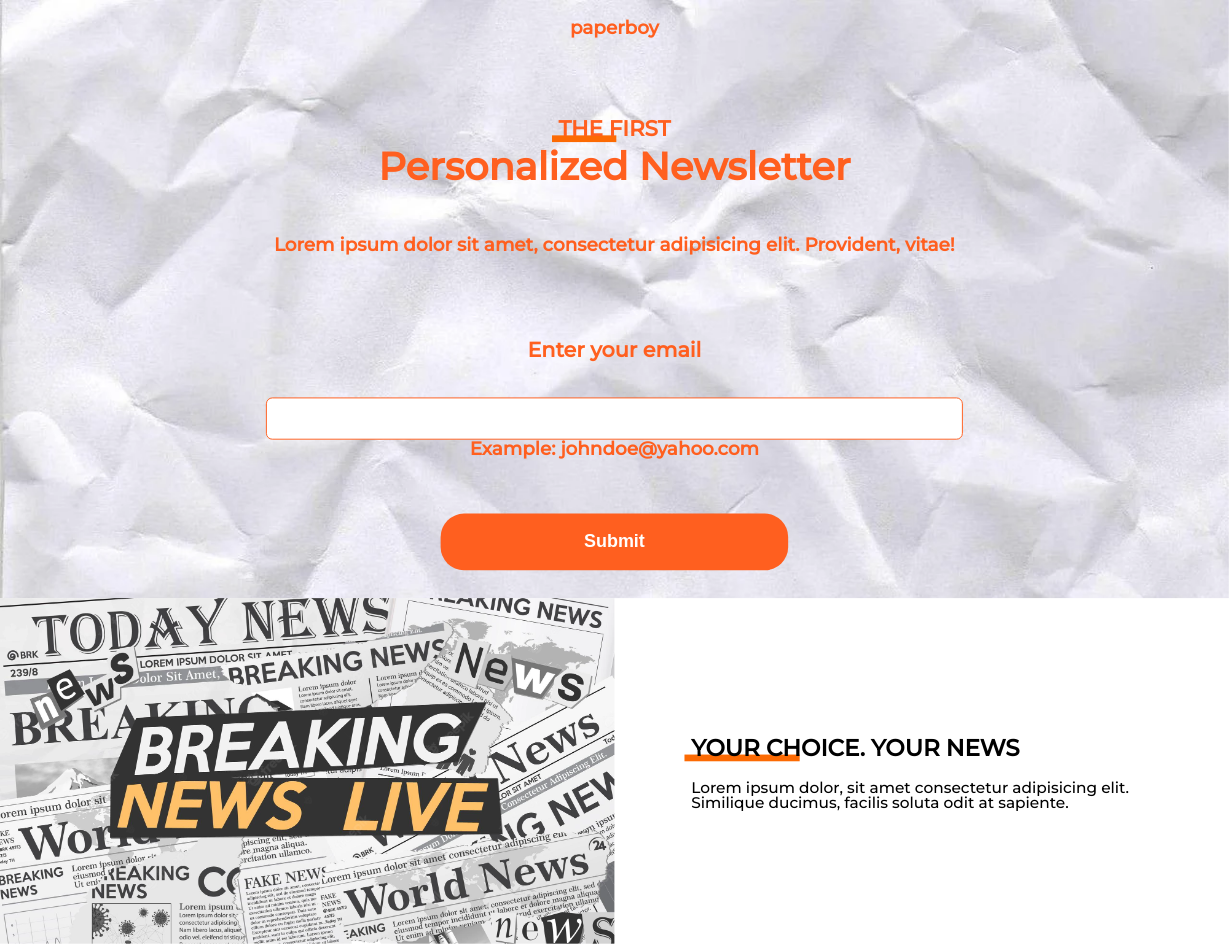
Repository: Gionnn/proiecte
Page: index.html
An editor plug-in stored every save of this project. The page is shown before and after the next save, followed by the edit.
The browser window is 1280 px wide. The pictures show the whole page, at 96% of full size.

Above is the page before, as saved 2022-11-28 14:51:26.

After the next save:
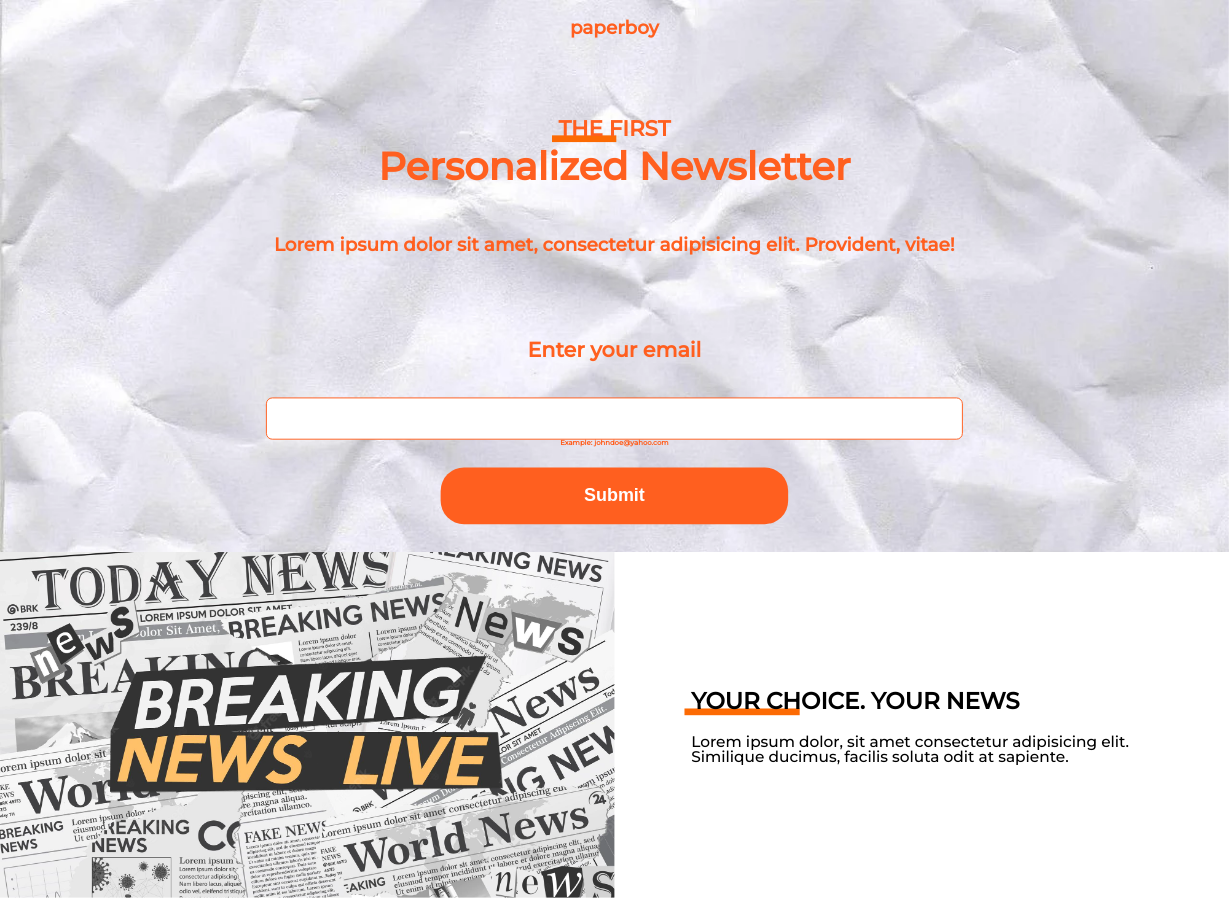
Saved 52 s later.
--- a/css/main.css
+++ b/css/main.css
@@ -77,6 +77,9 @@ input[type="text"] {
   font-weight: normal;
   font-size: 0.9em;
   margin-top: 0.3em;
+}
+.form-container p {
+  font-size: 0.5em;
 }
 input[type="button"] {
   background-color: #ff5f1f;
